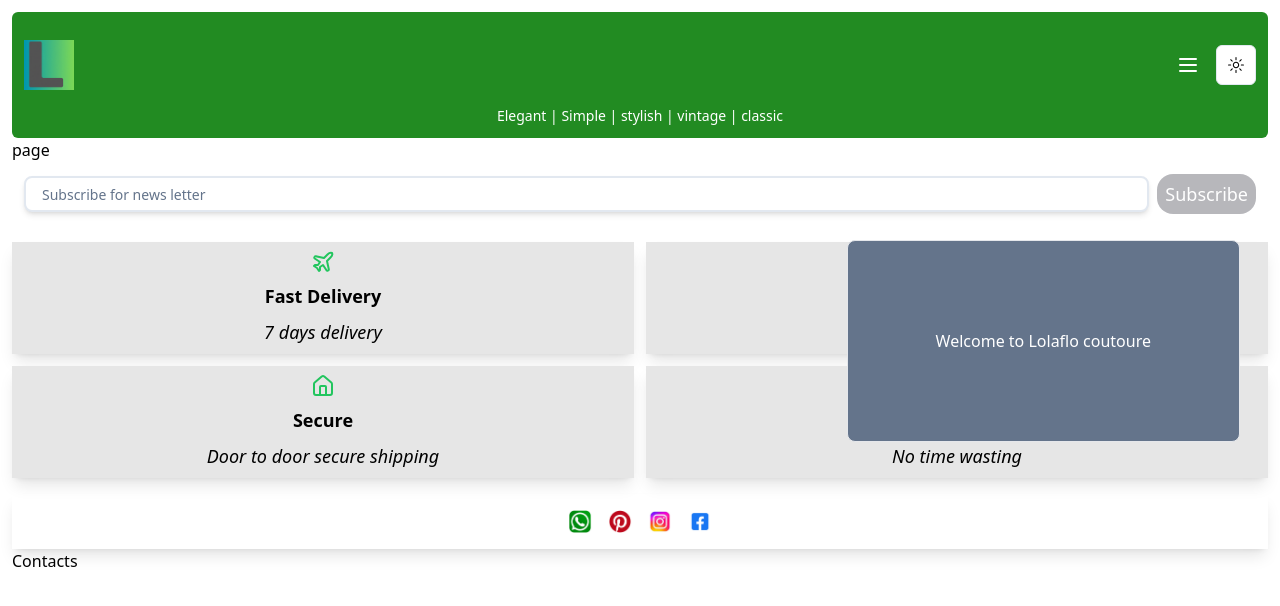
Repository: Semanmernstack/bisi-abejide
Page: /bb
The author's editor kept a copy of each file at every save. The page is drawn from the files as they stood at one save, then again after the next save.
The browser window is 1280 px wide. The pictures show the whole page.
The project was rebuilt for these pictures with package versions that can differ from the ones it lists, and the page was loaded fresh each time. The framework's server and built-in components were replaced by stand-ins that run in the browser. Also part of the build but not shown: next.config.mjs.

Above is the page before, as saved 2024-04-19 08:50:06.

### app/layout.tsx
import type { Metadata } from "next";
import { Inter } from "next/font/google";
import "./globals.css";
import { ThemeProvider } from "@/components/theme-provider";
import Nav from "@/components/Nav";
import Footer from "@/components/Footer";

const inter = Inter({ subsets: ["latin"] });

export const metadata: Metadata = {
  title: "Welcome to Lolaflo store",
  description: "Hppy Shopping",
};

export default function RootLayout({
  children,
}: Readonly<{
  children: React.ReactNode;
}>) {
  return (
    <html lang="en">
      <body className=" flex flex-col p-3  min-h-screen   dark:bg-gray-800 dark:text-white">
      <ThemeProvider
            attribute="class"
            defaultTheme="system"
            enableSystem
            disableTransitionOnChange
          >
            <Nav/>
        {children}
        <Footer/>
      </ThemeProvider>
        </body>
    </html>
  );
}

### components/Nav.tsx
"use client"

import Image from "next/image"
import Cat from "./Cat"
import Toggle from "./Toggle"
import { motion } from "framer-motion"
import anky from '../public/anky.gif'
import Link from "next/link"

function Nav() {
    return (
      <div    className='p-3 top-0 z-50 sticky w-full bg-[#228B22] rounded-md  '>

          <div    className='flex py-4 gap-2 items-center justify-between '>
              <motion.div
                     initial={{
                        x: -500,
                         opacity: 0,
                        scale:0.5,
                    }}
                    animate={{
                        x:0,
                        opacity: 1,
                        scale: 1,
                    }}
                    transition={{
                        duration: 1,
                    }}
                    className='flex flex-col  justify-start   font-serif items-center  text-white'>
                    <Link href={'/'} className="flex flex-col ">


                      <Image className="flex justify-start" src={anky} alt="" width={50} height={40}/>

                    </Link>






              </motion.div>
              <motion.div
                  initial={{
                    x: 500,
                    opacity: 0,
                    scale:0.5,
                }}
                animate={{
                    x:0,
                    opacity: 1,
                    scale: 1,
                }}
                transition={{
                    duration: 1,
                }}
                className='flex items-center  space-x-2'>
                  <Cat/>
                  <Toggle/>
              </motion.div>
          </div>

          <div  className="flex  text-center justify-center text-white text-xs ">
                <h1 className="text-sm font-medium">Elegant | Simple | stylish | vintage | classic</h1>
            </div>

      </div>
    )
  }

  export default Nav

### components/Footer.tsx
"use client"
import React, { useState } from 'react'
import Mailing from './Mailing'
import Delivery from './Delivery'
import Ai from './Ai'
import NewsLet from './NewsLet'
import SubAi from './SubAi'
import Contacts from './Contacts'
import Icon from './Icon'

function Footer() {

  return (
    <div >
        <div>
            <NewsLet/>
            <SubAi   />
            <Delivery />
            <Icon/>
            <Contacts/>
        </div>
    </div>
  )
}

export default Footer

try {

} catch (error) {

}

### components/Cat.tsx
"use client"
import React from 'react'
import {
    DropdownMenu,
    DropdownMenuContent,
    DropdownMenuItem,
    DropdownMenuLabel,
    DropdownMenuSeparator,
    DropdownMenuTrigger,
  } from "@/components/ui/dropdown-menu"
import { MenuIcon } from 'lucide-react'
import { usePathname } from 'next/navigation'
import Link from 'next/link'
import Icon from './Icon'

interface P {
    name: string,
    href: string
}

const links: P[] = [
    {
        name: 'Home', href: "/"
    },
    {
        name: 'Ankara ', href: "/Ankara"

    },

    {
        name: 'Kaftan ', href: "/Kaftan"

    },
    {
        name: 'Turban ', href: "/Turban"

    },




]


function Cat() {
    const pathname = usePathname()
  return (

    <div>
        <DropdownMenu >
            <DropdownMenuTrigger className=" flex flex-col w-10 h-9  text-white text-xl  justify-center items-center text-center">
                <MenuIcon/>
            </DropdownMenuTrigger>
            <DropdownMenuContent className=''>
                <DropdownMenuLabel className=" flex font-bold font-serif sm:font-bold justify-center gap-1 p-1 border items-center"> CATEGORIES</DropdownMenuLabel>
                <DropdownMenuSeparator />

                <DropdownMenuItem className="flex items-center justify-center   flex-col p-3 gap-2    rounded-md">
                {links.map((l, index) => (
                <div key={index} className='flex   rounded-lg  text-zinc-500 md:w-1/2 text-center font-extrabold     p-2 transition ease-in-out delay-150 hover:-translate-y-1 hover:scale-95  duration-300 '>
                    {pathname === l.href ? (
                        <Link href={l.href} className='text-sm sm:text-lg text-red-800 font-semibold animate-pulse'>
                            {l.name}
                        </Link>

                    ):(
                        <Link href= {l.href }
                        className="flex   p-2 gap-1 italic sm:font-semibold hover:border rounded-lg border-teal-700  text-slate-800 dark:text-white text-sm sm:text-lg font-bold transition duration-100  "
                        >
                            {l.name}
                        </Link>

                    )}

                </div>
            ))}
            <Icon/>

                </DropdownMenuItem>


            </DropdownMenuContent>
        </DropdownMenu>

    </div>
  )
}

export default Cat

### components/Toggle.tsx
"use client"
import React from 'react'
import { MoonIcon, SunIcon } from "@radix-ui/react-icons"
import { useTheme } from "next-themes"
import { Button } from "@/components/ui/button"
import {
    DropdownMenu,
    DropdownMenuContent,
    DropdownMenuItem,
    DropdownMenuTrigger,
  } from "@/components/ui/dropdown-menu"

function Toggle() {
    const { setTheme } = useTheme()
  return (
    <div>
        <DropdownMenu>
      <DropdownMenuTrigger asChild>
        <Button variant="outline" size="icon">
          <SunIcon className=" h-4 w-4 rotate-0 scale-100 transition-all dark:-rotate-90 dark:scale-0" />
          <MoonIcon className="absolute h-4 w-4 rotate-90 scale-0 transition-all dark:rotate-0 dark:scale-100" />
          <span className="sr-only">Toggle theme</span>
        </Button>
      </DropdownMenuTrigger>
      <DropdownMenuContent align="end">
        <DropdownMenuItem onClick={() => setTheme("light")}>
          Light
        </DropdownMenuItem>
        <DropdownMenuItem onClick={() => setTheme("dark")}>
          Dark
        </DropdownMenuItem>
        <DropdownMenuItem onClick={() => setTheme("system")}>
          System
        </DropdownMenuItem>
      </DropdownMenuContent>
    </DropdownMenu>

    </div>
  )
}

export default Toggle

### components/Delivery.tsx

import {  BadgeCheckIcon, PlaneIcon, HomeIcon, ShipIcon } from 'lucide-react'
import React from 'react'

const details = [
    {
        name: 'Fast Delivery',
        icon: <PlaneIcon/>,
        desc: '7 days delivery',
    },
    {
        name: 'Free Shipping',
        icon: <ShipIcon/>,
        desc: 'At low cost',
    },
    {
        name: 'Secure',
        icon: <HomeIcon/>,
        desc: 'Door to door secure shipping',
    },
    {
        name: 'Reliable',
        icon: <BadgeCheckIcon/>,
        desc: 'No time wasting',
    },
]

function Delivery() {
  return (
    <div className='  dark:bg-gray-800   py-4 grid grid-cols-1 sm:grid-cols-2 gap-3'>
        {details?.map((b, i) => (
            <div className='flex flex-col border-1  text-center justify-center items-center  bg-[#e6e6e6] p-2 gap-2 shadow-lg ' key={i}>
                <h2 className='text-green-500 '>{b.icon}</h2>
                <h4 className='text-xs sm:text-sm md:text-lg dark:text-white font-bold'>{b.name}</h4>
                <h5 className='text-xs sm:text-sm  dark:text-white md:text-lg italic'>{b.desc}</h5>


            </div>

        ))}


    </div>

  )
}

export default Delivery

### components/NewsLet.tsx
import React from 'react'
import Mail from './Mail'

function NewsLet() {
  return (
    <div>
        <Mail/>
    </div>
  )
}

export default NewsLet

### components/SubAi.tsx
"use client"

import React, { useState } from 'react'
import Ai from './Ai';
import { motion } from "framer-motion"

function SubAi() {
  const [chatBoxOpen, setChatBoxOpen] = useState(false);
  return (
    <motion.div
    initial={{
      x: 500,
      opacity: 0,
      scale:0.5,
  }}
  animate={{
      x:0,
      opacity: 1,
      scale: 1,
  }}
  transition={{
      duration: 1,
  }}
       className='flex top-60 right-10 z-50 fixed  bg-slate-500 rounded-lg text-white  max-w-2xl border p-2 '  >



      <Ai />
    </motion.div>
  )
}

export default SubAi

### components/Icon.tsx
"use client"
import React from 'react'

import whatsapp from '../public/whatsapp.png'
import instagram from '../public/intagram.jpg'
import facebook from '../public/facebook.png'
import pinterest from '../public/pinterest.png'
import Image from 'next/image'
import Link from 'next/link'

function Icon() {
  return (
    <div


        className='flex p-4 gap-4 shadow-lg items-center text-center justify-center   text-sm      '>

        <Link className='contain  transition ease-in-out delay-150  hover:translate-y-1 hover:scale-95  duration-300      ' href={''}>
            <Image src={whatsapp} alt="whatsapp" width={24} height={24} />
        </Link>
        <Link className='contain  transition ease-in-out delay-150  hover:translate-y-1 hover:scale-95  duration-300    ' href={''}>
            <Image src={pinterest} alt="whatsapp" width={24} height={24} />
        </Link>
        <Link className='contain transition ease-in-out delay-150  hover:translate-y-1 hover:scale-95  duration-300   ' href={''}>

            <Image src={instagram} alt="whatsapp" width={24} height={24} />
        </Link>
        <Link className='contain transition ease-in-out delay-150  hover:translate-y-1 hover:scale-95  duration-300     ' href={''}>
            <Image src={facebook} alt="whatsapp" width={24} height={24} />
        </Link>


    </div>
  )
}

export default Icon

### components/ui/dropdown-menu.tsx
"use client"

import * as React from "react"
import * as DropdownMenuPrimitive from "@radix-ui/react-dropdown-menu"
import { Check, ChevronRight, Circle } from "lucide-react"

import { cn } from "@/lib/utils"

const DropdownMenu = DropdownMenuPrimitive.Root

const DropdownMenuTrigger = DropdownMenuPrimitive.Trigger

const DropdownMenuGroup = DropdownMenuPrimitive.Group

const DropdownMenuPortal = DropdownMenuPrimitive.Portal

const DropdownMenuSub = DropdownMenuPrimitive.Sub

const DropdownMenuRadioGroup = DropdownMenuPrimitive.RadioGroup

const DropdownMenuSubTrigger = React.forwardRef<
  React.ElementRef<typeof DropdownMenuPrimitive.SubTrigger>,
  React.ComponentPropsWithoutRef<typeof DropdownMenuPrimitive.SubTrigger> & {
    inset?: boolean
  }
>(({ className, inset, children, ...props }, ref) => (
  <DropdownMenuPrimitive.SubTrigger
    ref={ref}
    className={cn(
      "flex cursor-default select-none items-center rounded-sm px-2 py-1.5 text-sm outline-none focus:bg-slate-100 data-[state=open]:bg-slate-100 dark:focus:bg-slate-800 dark:data-[state=open]:bg-slate-800",
      inset && "pl-8",
      className
    )}
    {...props}
  >
    {children}
    <ChevronRight className="ml-auto h-4 w-4" />
  </DropdownMenuPrimitive.SubTrigger>
))
DropdownMenuSubTrigger.displayName =
  DropdownMenuPrimitive.SubTrigger.displayName

const DropdownMenuSubContent = React.forwardRef<
  React.ElementRef<typeof DropdownMenuPrimitive.SubContent>,
  React.ComponentPropsWithoutRef<typeof DropdownMenuPrimitive.SubContent>
>(({ className, ...props }, ref) => (
  <DropdownMenuPrimitive.SubContent
    ref={ref}
    className={cn(
      "z-50 min-w-[8rem] overflow-hidden rounded-md border border-slate-200 bg-white p-1 text-slate-950 shadow-lg data-[state=open]:animate-in data-[state=closed]:animate-out data-[state=closed]:fade-out-0 data-[state=open]:fade-in-0 data-[state=closed]:zoom-out-95 data-[state=open]:zoom-in-95 data-[side=bottom]:slide-in-from-top-2 data-[side=left]:slide-in-from-right-2 data-[side=right]:slide-in-from-left-2 data-[side=top]:slide-in-from-bottom-2 dark:border-slate-800 dark:bg-slate-950 dark:text-slate-50",
      className
    )}
    {...props}
  />
))
DropdownMenuSubContent.displayName =
  DropdownMenuPrimitive.SubContent.displayName

const DropdownMenuContent = React.forwardRef<
  React.ElementRef<typeof DropdownMenuPrimitive.Content>,
  React.ComponentPropsWithoutRef<typeof DropdownMenuPrimitive.Content>
>(({ className, sideOffset = 4, ...props }, ref) => (
  <DropdownMenuPrimitive.Portal>
    <DropdownMenuPrimitive.Content
      ref={ref}
      sideOffset={sideOffset}
      className={cn(
        "z-50 min-w-[8rem] overflow-hidden rounded-md border border-slate-200 bg-white p-1 text-slate-950 shadow-md data-[state=open]:animate-in data-[state=closed]:animate-out data-[state=closed]:fade-out-0 data-[state=open]:fade-in-0 data-[state=closed]:zoom-out-95 data-[state=open]:zoom-in-95 data-[side=bottom]:slide-in-from-top-2 data-[side=left]:slide-in-from-right-2 data-[side=right]:slide-in-from-left-2 data-[side=top]:slide-in-from-bottom-2 dark:border-slate-800 dark:bg-slate-950 dark:text-slate-50",
        className
      )}
      {...props}
    />
  </DropdownMenuPrimitive.Portal>
))
DropdownMenuContent.displayName = DropdownMenuPrimitive.Content.displayName

const DropdownMenuItem = React.forwardRef<
  React.ElementRef<typeof DropdownMenuPrimitive.Item>,
  React.ComponentPropsWithoutRef<typeof DropdownMenuPrimitive.Item> & {
    inset?: boolean
  }
>(({ className, inset, ...props }, ref) => (
  <DropdownMenuPrimitive.Item
    ref={ref}
    className={cn(
      "relative flex cursor-default select-none items-center rounded-sm px-2 py-1.5 text-sm outline-none transition-colors focus:bg-slate-100 focus:text-slate-900 data-[disabled]:pointer-events-none data-[disabled]:opacity-50 dark:focus:bg-slate-800 dark:focus:text-slate-50",
      inset && "pl-8",
      className
    )}
    {...props}
  />
))
DropdownMenuItem.displayName = DropdownMenuPrimitive.Item.displayName

const DropdownMenuCheckboxItem = React.forwardRef<
  React.ElementRef<typeof DropdownMenuPrimitive.CheckboxItem>,
  React.ComponentPropsWithoutRef<typeof DropdownMenuPrimitive.CheckboxItem>
>(({ className, children, checked, ...props }, ref) => (
  <DropdownMenuPrimitive.CheckboxItem
    ref={ref}
    className={cn(
      "relative flex cursor-default select-none items-center rounded-sm py-1.5 pl-8 pr-2 text-sm outline-none transition-colors focus:bg-slate-100 focus:text-slate-900 data-[disabled]:pointer-events-none data-[disabled]:opacity-50 dark:focus:bg-slate-800 dark:focus:text-slate-50",
      className
    )}
    checked={checked}
    {...props}
  >
    <span className="absolute left-2 flex h-3.5 w-3.5 items-center justify-center">
      <DropdownMenuPrimitive.ItemIndicator>
        <Check className="h-4 w-4" />
      </DropdownMenuPrimitive.ItemIndicator>
    </span>
    {children}
  </DropdownMenuPrimitive.CheckboxItem>
))
DropdownMenuCheckboxItem.displayName =
  DropdownMenuPrimitive.CheckboxItem.displayName

const DropdownMenuRadioItem = React.forwardRef<
  React.ElementRef<typeof DropdownMenuPrimitive.RadioItem>,
  React.ComponentPropsWithoutRef<typeof DropdownMenuPrimitive.RadioItem>
>(({ className, children, ...props }, ref) => (
  <DropdownMenuPrimitive.RadioItem
    ref={ref}
    className={cn(
      "relative flex cursor-default select-none items-center rounded-sm py-1.5 pl-8 pr-2 text-sm outline-none transition-colors focus:bg-slate-100 focus:text-slate-900 data-[disabled]:pointer-events-none data-[disabled]:opacity-50 dark:focus:bg-slate-800 dark:focus:text-slate-50",
      className
    )}
    {...props}
  >
    <span className="absolute left-2 flex h-3.5 w-3.5 items-center justify-center">
      <DropdownMenuPrimitive.ItemIndicator>
        <Circle className="h-2 w-2 fill-current" />
      </DropdownMenuPrimitive.ItemIndicator>
    </span>
    {children}
  </DropdownMenuPrimitive.RadioItem>
))
DropdownMenuRadioItem.displayName = DropdownMenuPrimitive.RadioItem.displayName

const DropdownMenuLabel = React.forwardRef<
  React.ElementRef<typeof DropdownMenuPrimitive.Label>,
  React.ComponentPropsWithoutRef<typeof DropdownMenuPrimitive.Label> & {
    inset?: boolean
  }
>(({ className, inset, ...props }, ref) => (
  <DropdownMenuPrimitive.Label
    ref={ref}
    className={cn(
      "px-2 py-1.5 text-sm font-semibold",
      inset && "pl-8",
      className
    )}
    {...props}
  />
))
DropdownMenuLabel.displayName = DropdownMenuPrimitive.Label.displayName

const DropdownMenuSeparator = React.forwardRef<
  React.ElementRef<typeof DropdownMenuPrimitive.Separator>,
  React.ComponentPropsWithoutRef<typeof DropdownMenuPrimitive.Separator>
>(({ className, ...props }, ref) => (
  <DropdownMenuPrimitive.Separator
    ref={ref}
    className={cn("-mx-1 my-1 h-px bg-slate-100 dark:bg-slate-800", className)}
    {...props}
  />
))
DropdownMenuSeparator.displayName = DropdownMenuPrimitive.Separator.displayName

const DropdownMenuShortcut = ({
  className,
  ...props
}: React.HTMLAttributes<HTMLSpanElement>) => {
  return (
    <span
      className={cn("ml-auto text-xs tracking-widest opacity-60", className)}
      {...props}
    />
  )
}
DropdownMenuShortcut.displayName = "DropdownMenuShortcut"

export {
  DropdownMenu,
  DropdownMenuTrigger,
  DropdownMenuContent,
  DropdownMenuItem,
  DropdownMenuCheckboxItem,
  DropdownMenuRadioItem,
  DropdownMenuLabel,
  DropdownMenuSeparator,
  DropdownMenuShortcut,
  DropdownMenuGroup,
  DropdownMenuPortal,
  DropdownMenuSub,
  DropdownMenuSubContent,
  DropdownMenuSubTrigger,
  DropdownMenuRadioGroup,
}

### components/ui/button.tsx
import * as React from "react"
import { Slot } from "@radix-ui/react-slot"
import { cva, type VariantProps } from "class-variance-authority"

import { cn } from "@/lib/utils"

const buttonVariants = cva(
  "inline-flex items-center justify-center whitespace-nowrap rounded-md text-sm font-medium ring-offset-white transition-colors focus-visible:outline-none focus-visible:ring-2 focus-visible:ring-slate-950 focus-visible:ring-offset-2 disabled:pointer-events-none disabled:opacity-50 dark:ring-offset-slate-950 dark:focus-visible:ring-slate-300",
  {
    variants: {
      variant: {
        default: "bg-slate-900 text-slate-50 hover:bg-slate-900/90 dark:bg-slate-50 dark:text-slate-900 dark:hover:bg-slate-50/90",
        destructive:
          "bg-red-500 text-slate-50 hover:bg-red-500/90 dark:bg-red-900 dark:text-slate-50 dark:hover:bg-red-900/90",
        outline:
          "border border-slate-200 bg-white hover:bg-slate-100 hover:text-slate-900 dark:border-slate-800 dark:bg-slate-950 dark:hover:bg-slate-800 dark:hover:text-slate-50",
        secondary:
          "bg-slate-100 text-slate-900 hover:bg-slate-100/80 dark:bg-slate-800 dark:text-slate-50 dark:hover:bg-slate-800/80",
        ghost: "hover:bg-slate-100 hover:text-slate-900 dark:hover:bg-slate-800 dark:hover:text-slate-50",
        link: "text-slate-900 underline-offset-4 hover:underline dark:text-slate-50",
      },
      size: {
        default: "h-10 px-4 py-2",
        sm: "h-9 rounded-md px-3",
        lg: "h-11 rounded-md px-8",
        icon: "h-10 w-10",
      },
    },
    defaultVariants: {
      variant: "default",
      size: "default",
    },
  }
)

export interface ButtonProps
  extends React.ButtonHTMLAttributes<HTMLButtonElement>,
    VariantProps<typeof buttonVariants> {
  asChild?: boolean
}

const Button = React.forwardRef<HTMLButtonElement, ButtonProps>(
  ({ className, variant, size, asChild = false, ...props }, ref) => {
    const Comp = asChild ? Slot : "button"
    return (
      <Comp
        className={cn(buttonVariants({ variant, size, className }))}
        ref={ref}
        {...props}
      />
    )
  }
)
Button.displayName = "Button"

export { Button, buttonVariants }

### components/Mail.tsx
"use client"
import React, { FormEvent, useState } from 'react'
import { Input } from './ui/input'
import { Button } from './ui/button'

function Mail() {
    const [input, setInput] = useState<string>("")
    const [mailError, setMailError] = useState<string> ("")
    const [mailOk, setMailOk] = useState<string>("")

    const handleSubmit = async (e: FormEvent<HTMLFormElement>) => {
        e.preventDefault()
        const email = input;


        const res = await fetch("/api/mailSub", {
            method: 'POST',
            headers: {
                "Content-Type": "application/json",
            },

            body: JSON.stringify({email}),

        })

        const data = await res.json()
        if (data.error) {
            setMailError('Hey you already subscribe to trizzas cake')

            return
        }
        setMailOk(data.res)
        setInput("")


    }


  return (
    <div className='flex flex-col items-center w-full  '>
        <form className="flex  flex-col p-3 w-full " onSubmit={handleSubmit}>
            <div className='gap-2 flex  flex-col md:flex-row items-center'>
                <Input type="email"
                    placeholder='Subscribe for news letter'
                    value={input}

                    onChange={(e) => setInput(e.target.value)}
                    required
                    className="outline-none flex-1 w-full text-white shadow-md  border-2 h-12 md:h-8   p-4 rounded-lg   from-fuchsia-400 "

                 />
                 <Button className="text-sm   text-center justify-center flex cursor-pointer  text-white bg-zinc-500 p-2  sm:text-lg transition ease-in-out delay-150 hover:-translate-y-1 hover:scale-95  duration-300  rounded-xl md:rounded-2xl " type='submit' disabled={!input}    >
                    Subscribe
                 </Button>
            </div>

        </form>
        {(mailOk || mailError ) && (
            <div className="mt-5 text-sm text-center justify-center font-extrabold">
             {mailOk ?(<p className="  bg-red-900 px-2 py-2 mb-2 text-white"> Subscription Sucessful !! </p>):(<p className="bg-green-500 p-1">You already Subscribed</p>)}
            </div>
        )}

    </div>
  )
}

export default Mail

### components/Ai.tsx
import {  Bot, MessageCircleIcon, SendHorizontal, XCircle } from 'lucide-react'
import React, { useState } from 'react'


import Popup from 'reactjs-popup';
import 'reactjs-popup/dist/index.css';


function Ai() {





  return (


  <div className=' flex max-w-2xl mx-auto p-10 lg:p-20  ' >

  <Popup className='text-lg md:text-xl' trigger={<button>Welcome to Lolaflo coutoure</button>} position="bottom center">
    <div className='p-15'>Lolaflo mission is to build.... </div>
  </Popup>

  </div>

  )
}

export default Ai

### components/ui/input.tsx
import * as React from "react"

import { cn } from "@/lib/utils"

export interface InputProps
  extends React.InputHTMLAttributes<HTMLInputElement> {}

const Input = React.forwardRef<HTMLInputElement, InputProps>(
  ({ className, type, ...props }, ref) => {
    return (
      <input
        type={type}
        className={cn(
          "flex h-10 w-full rounded-md border border-slate-200 bg-white px-3 py-2 text-sm ring-offset-white file:border-0 file:bg-transparent file:text-sm file:font-medium placeholder:text-slate-500 focus-visible:outline-none focus-visible:ring-2 focus-visible:ring-slate-950 focus-visible:ring-offset-2 disabled:cursor-not-allowed disabled:opacity-50 dark:border-slate-800 dark:bg-slate-950 dark:ring-offset-slate-950 dark:placeholder:text-slate-400 dark:focus-visible:ring-slate-300",
          className
        )}
        ref={ref}
        {...props}
      />
    )
  }
)
Input.displayName = "Input"

export { Input }

Loaded but not shown: app/bb/page.tsx (common file); app/globals.css (common file); components/theme-provider.tsx (common file); components/Contacts.tsx (common file); lib/utils.ts (common file); tailwind.config.ts (common file)

After the next save:
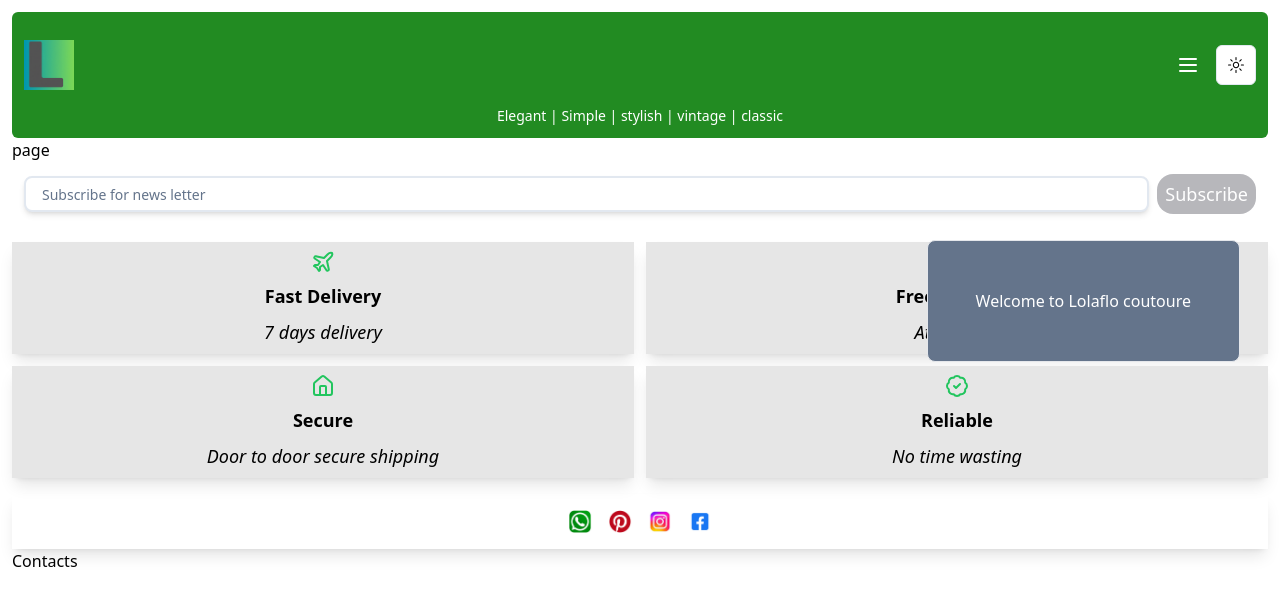
Saved 32 s later.
--- a/components/Ai.tsx
+++ b/components/Ai.tsx
@@ -15,7 +15,7 @@ function Ai() {
   return (
 
 
-  <div className=' flex max-w-2xl mx-auto p-10 lg:p-20  ' >
+  <div className=' flex max-w-2xl mx-auto p-5 lg:p-10  ' >
 
   <Popup className='text-lg md:text-xl' trigger={<button>Welcome to Lolaflo coutoure</button>} position="bottom center">
     <div className='p-15'>Lolaflo mission is to build.... </div>
